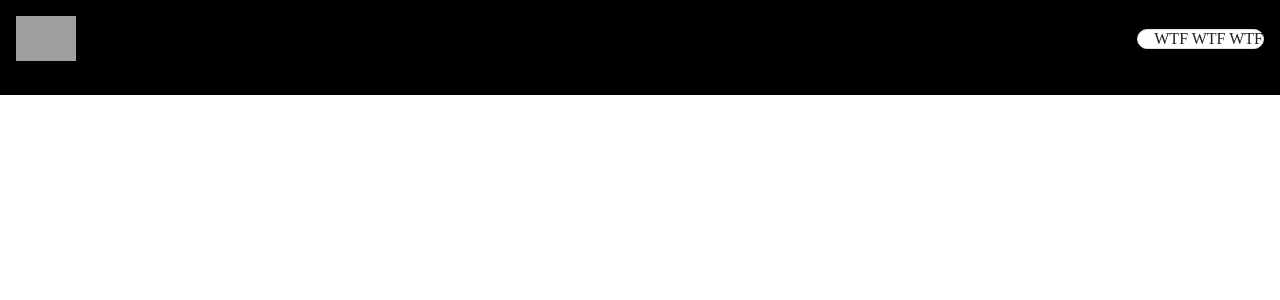
Repository: Deeraj2/youtube_clone
Page: /
The author's editor kept a copy of each file at every save. The page is drawn from the files as they stood at one save, then again after a run of saves.
The browser window is 1280 px wide. The pictures show the whole page.
Pictures or frames that could not be fetched are drawn as grey boxes. The project was rebuilt for these pictures with package versions that can differ from the ones it lists, and the page was loaded fresh each time. Also part of the build but not shown: src/utils/constants.js, src/components/VideoDetail.jsx, src/components/ChannelDetail.jsx, src/components/SearchFeed.jsx.

Above is the page before, as saved 2022-12-26 15:26:40.

After the next 12 saves:
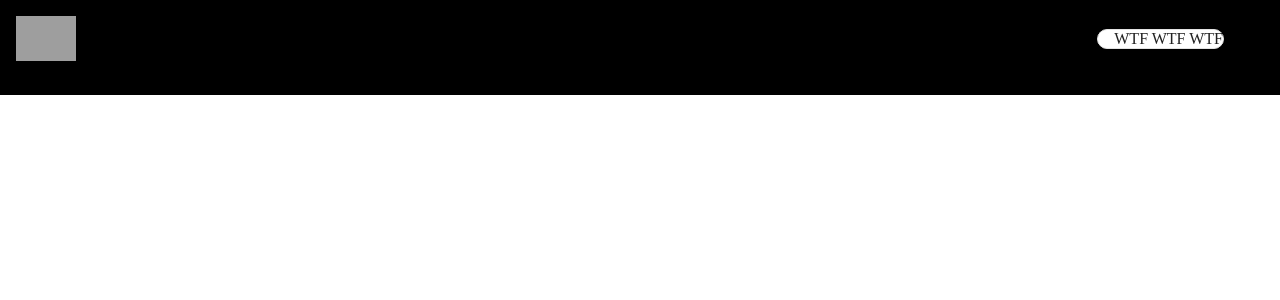
The 12 saves are shown as one change because they came seconds apart.
The last was saved 50 s later.
--- a/src/components/SearchBar.jsx
+++ b/src/components/SearchBar.jsx
@@ -12,6 +12,8 @@ const SearchBar = () => {
             borderRadius: 20,
             border: '1px solid #e3e3e3',
             pl: 2,
+            boxShadow: 'none',
+            mr: { sm: 5 },
 
         }}
     >
